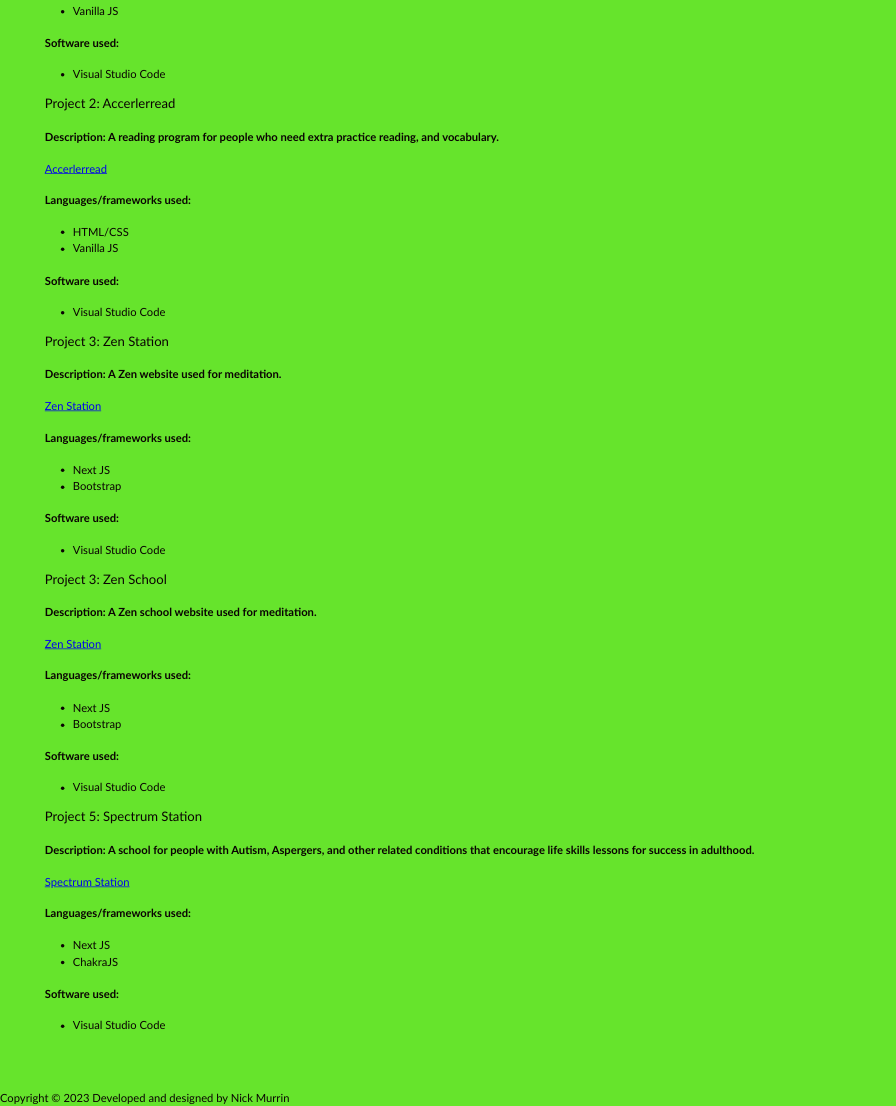
Repository: collegedude9300/modernport
Page: about.html
These files come from the project's save history. The page is drawn as it stood at one moment and after the next save; the edit follows.
The browser window is 1280 px wide. The pictures show the part of the page from y = 689 to 2609 px (the page is 2269 px tall before and 2609 px after), at 70% of full size.

Above is the page before, as saved 2023-06-26 22:06:37.

After the next save:
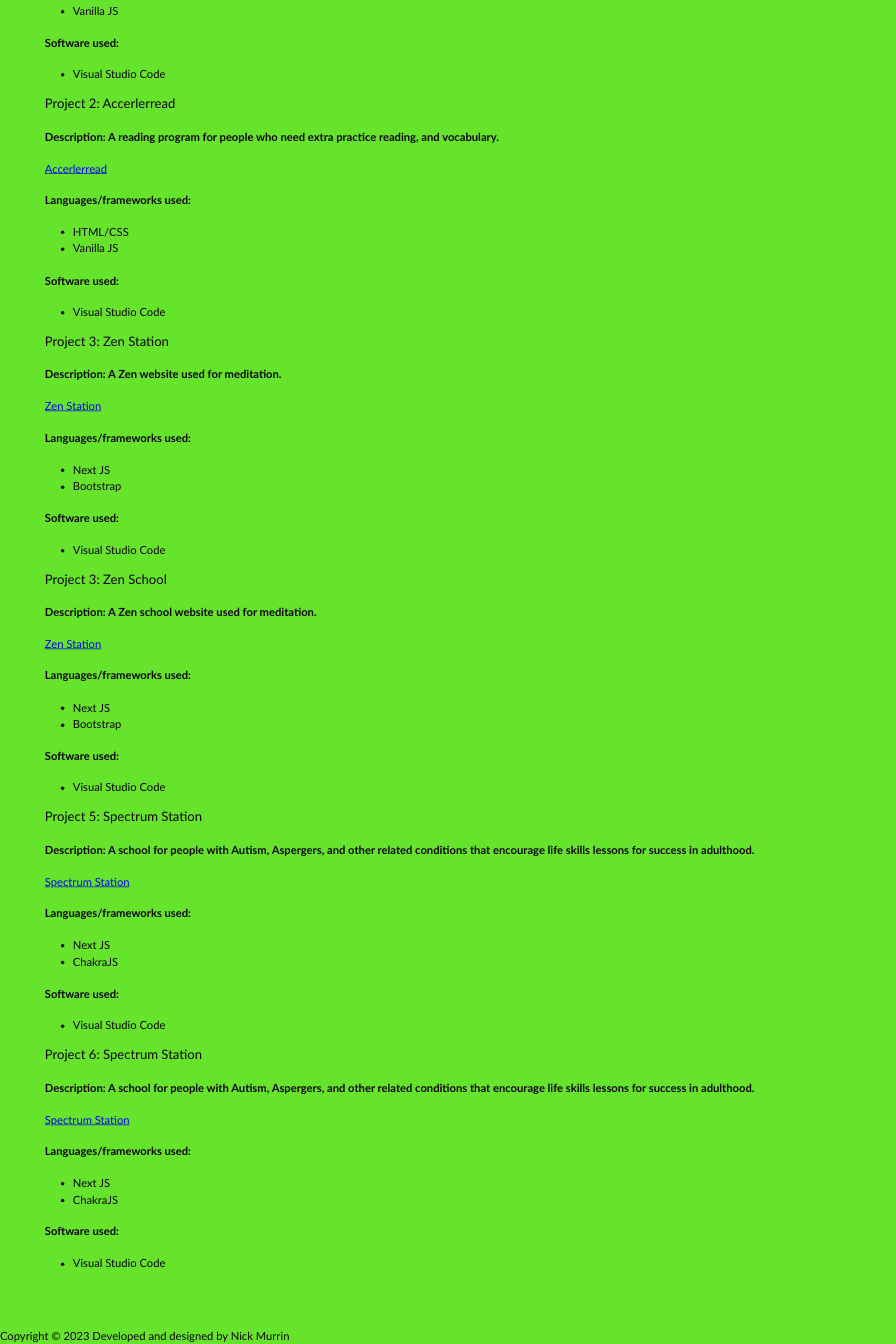
Saved 2 min 30 s later.
--- a/about.html
+++ b/about.html
@@ -129,7 +129,20 @@ About Me:
 </ul>
       </div>
 
-
+      <div class="project6">
+        <h3>Project 6:  Spectrum Station</h3>
+        <h4>Description: A school for people with Autism, Aspergers, and other related conditions that encourage life skills lessons for success in adulthood.</h4>
+        <a href="https://spectrumstation.vercel.app/"/> Spectrum Station </a>
+<h4> Languages/frameworks used: </h4>
+<ul>
+  <li>Next JS</li>
+  <li>ChakraJS</li>
+</ul>
+<h4> Software used: </h4>
+<ul>
+<li> Visual Studio Code  </li>
+</ul>
+      </div>
 
 
 
